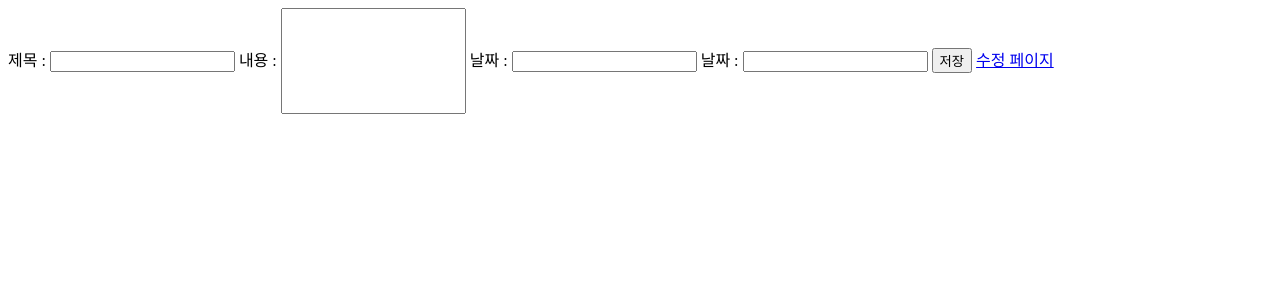
Repository: sandartchip/Board_v01
Page: http://localhost/firstjsp/write.jsp
These files come from the project's save history. The page is drawn as it stood at one moment and after the next save; the edit follows.
The browser window is 1280 px wide. The pictures show the whole page.
The page is served by Tomcat 9.

Above is the page before, as saved 2019-03-18 06:54:05.

### Board_v01/firstjsp/WebContent/write.jsp
<%@ page language= "java" contentType= "text/html; charset=utf-8" pageEncoding= "utf-8" %>

<!DOCTYPE html>
<html>
<head>
		<meta charset="UTF-8">
		<title>Insert title here</title>
</head>

<body>

<!--  서버단에서 출력 -->
	<form action="insert.jsp" method="post" onsubmit="return formCheck();">
	<!--  데이터들을 가진 form을 action에 지정된 페이지로 보냄 -->
	<!--  post는 많은 값 보낼 때. -->

	제목 : <input type="text" name="title">
	내용 : <input type="text" name="content" style="height:100px">
	날짜 : <input type="text" name="regDate">
	날짜 : <input type="text" name="modDate">

	<input type="submit" value = "저장"/>
	<!-- 취소 버튼 -->

	<a href="modify.jsp">수정 페이지</a>

	</form>

	<script>
		function formCheck(){

			//첫번째 form의 제목의 값
			var title = document.forms[0].title.value;
			var body = document.forms[0].body.value;
			var length = document.forms[0].length -1;

			if( title.length >80) {
				alert("제목의 길이가 너무 깁니다");
				return false;
			}

			for(var i=0;i<length;i++){
				if(document.forms[0][i].value == null || document.forms[0][i].value==""){
					alert(document.forms[0][i].name + "을 입력하세요.");
					document.forms[0][i].focus();
					return false;
				}
			}

		}

	</script>

</body>
</html>

After the next save:
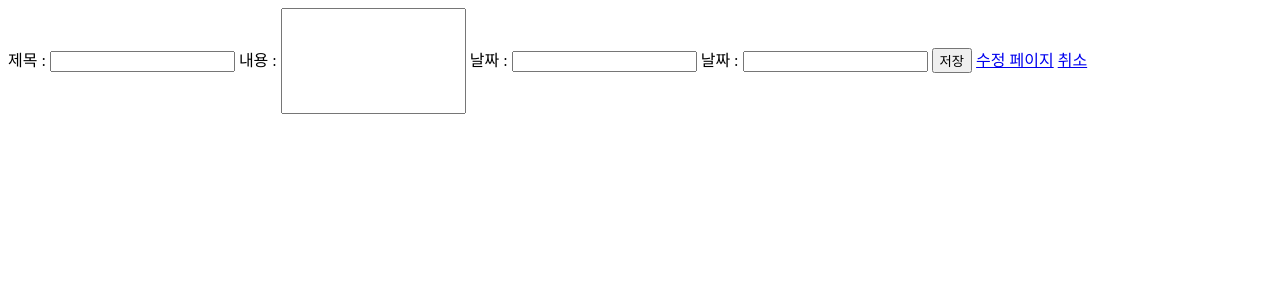
Saved 53 min 23 s later.
--- a/Board_v01/firstjsp/WebContent/write.jsp
+++ b/Board_v01/firstjsp/WebContent/write.jsp
@@ -20,9 +20,11 @@
 	날짜 : <input type="text" name="modDate">
 
 	<input type="submit" value = "저장"/>
-	<!-- 취소 버튼 -->
+
+
 
 	<a href="modify.jsp">수정 페이지</a>
+	<a href="view.jsp"> 취소 </a> <!-- 취소 버튼 -->
 
 	</form>
 
